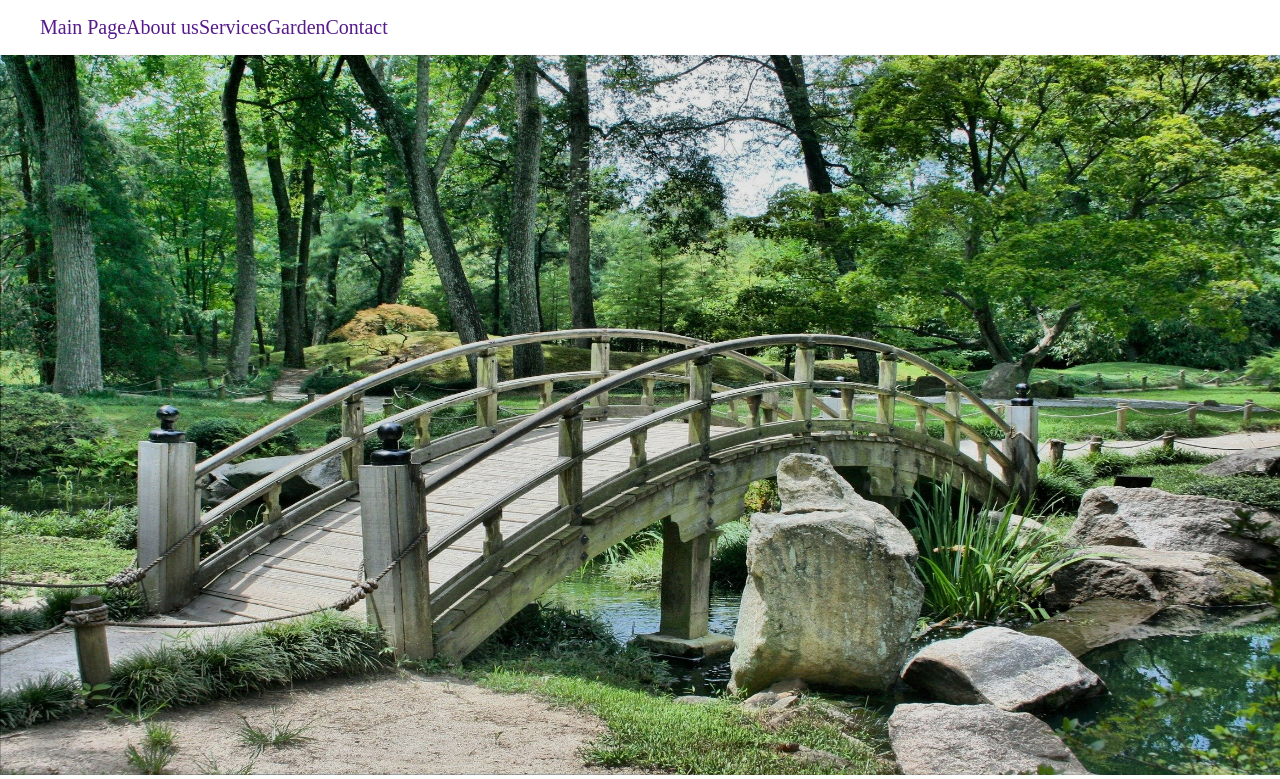
Repository: PatryxB/garden
Page: http://localhost/
The author's editor kept a copy of each file at every save. The page is drawn from the files as they stood at one save, then again after the next save.
The browser window is 1280 px wide. The pictures show the whole page.
Some web fonts or font styles are not loaded; a fallback is used. The page is served by the project's Laravel application, run on PHP 8.4 with Laravel 8. Style sheets and scripts are compiled from the project's sources, by tool versions that may differ from the author's.

Above is the page before, as saved 2020-05-01 21:03:46.

After the next save:
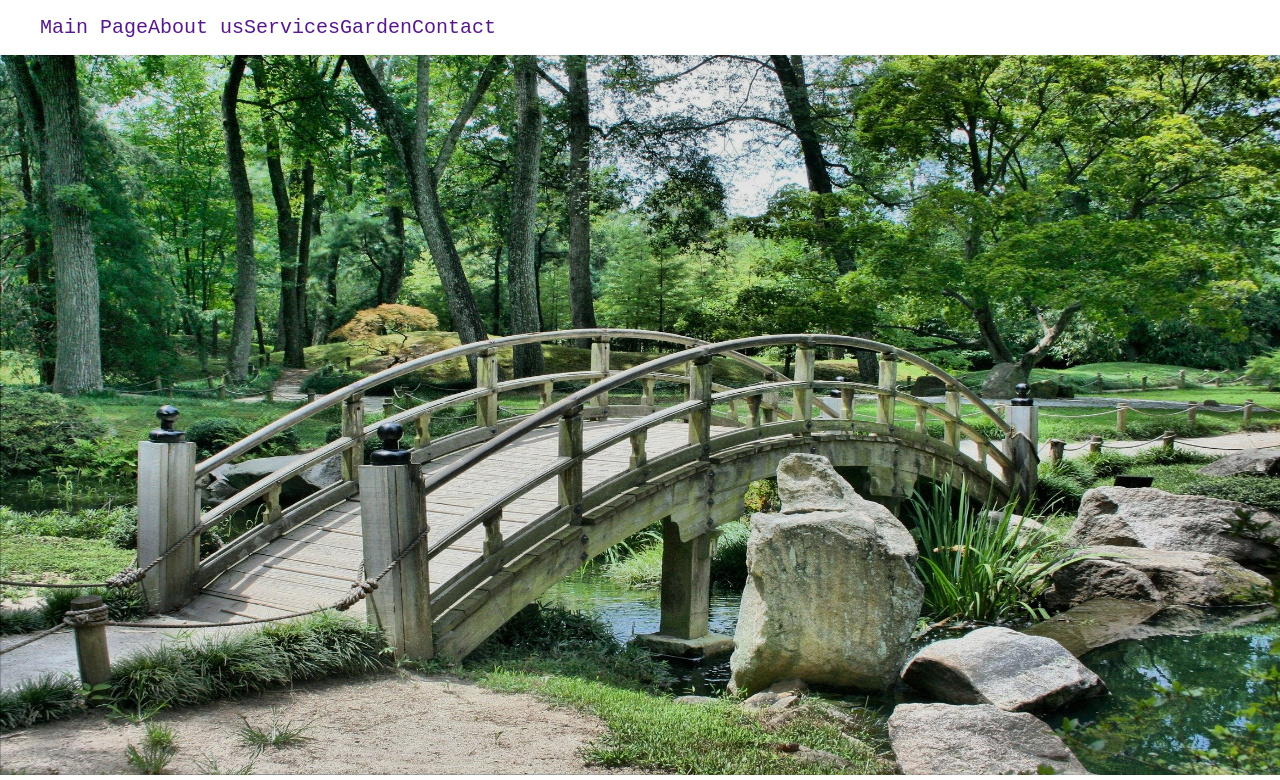
Saved 8 s later.
--- a/resources/sass/app.scss
+++ b/resources/sass/app.scss
@@ -3,6 +3,7 @@ html, body{
     box-sizing: border-box;
     margin: 0;
     padding: 0;
+    font-family: 'Roboto Mono', monospace;
 }
 nav{
     width: 100%;
